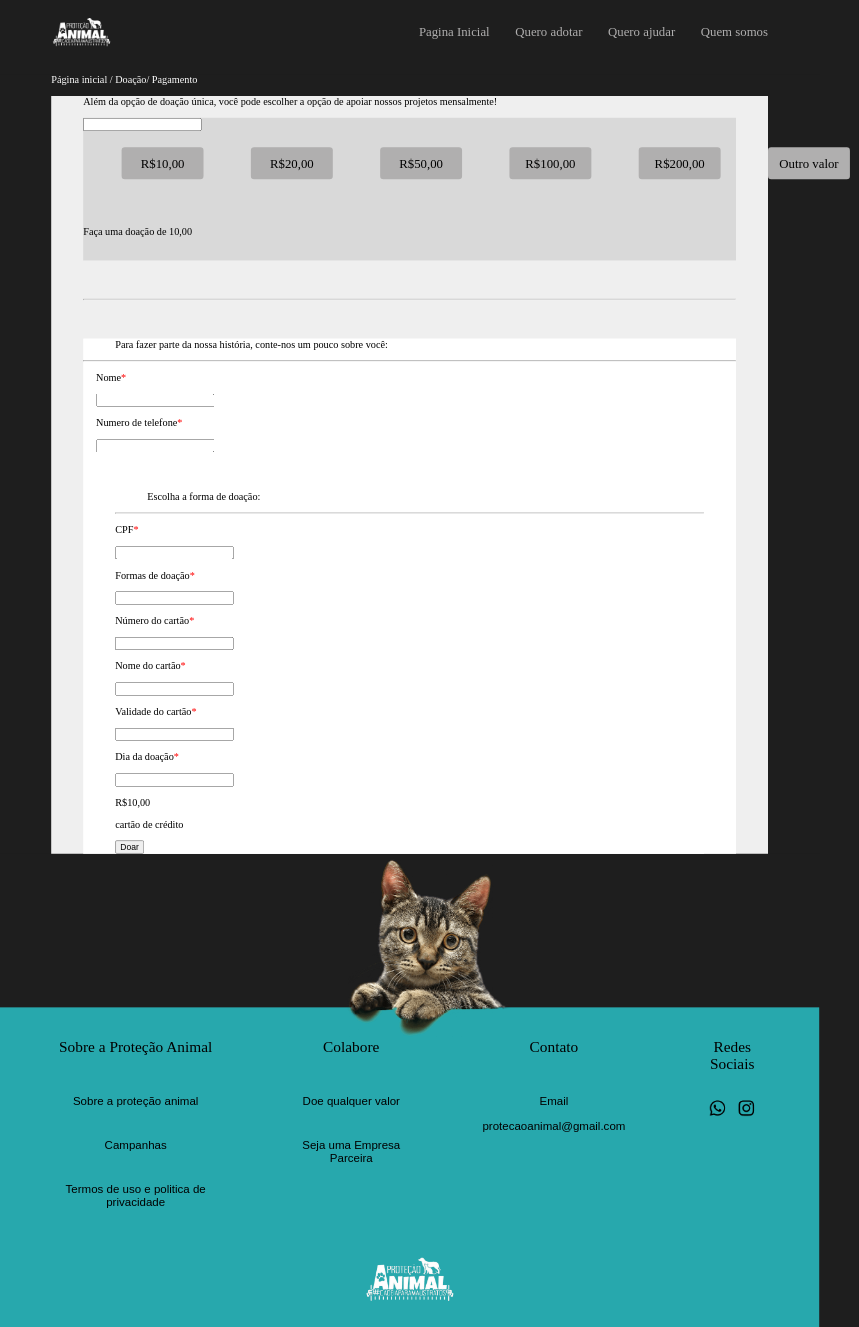
Repository: edjunior-nascimento/protecao-animal-web
Page: src/pages/formulario-doacao/index.html
The author's editor kept a copy of each file at every save. The page is drawn from the files as they stood at one save, then again after the next save.
The browser window is 1280 px wide. The page is 1342 px wide, so the pictures cover 1342 px, including what lies to the right of the window. The pictures show the whole page, at 64% of full size.

Above is the page before, as saved 2025-03-07 03:34:56.

After the next save:
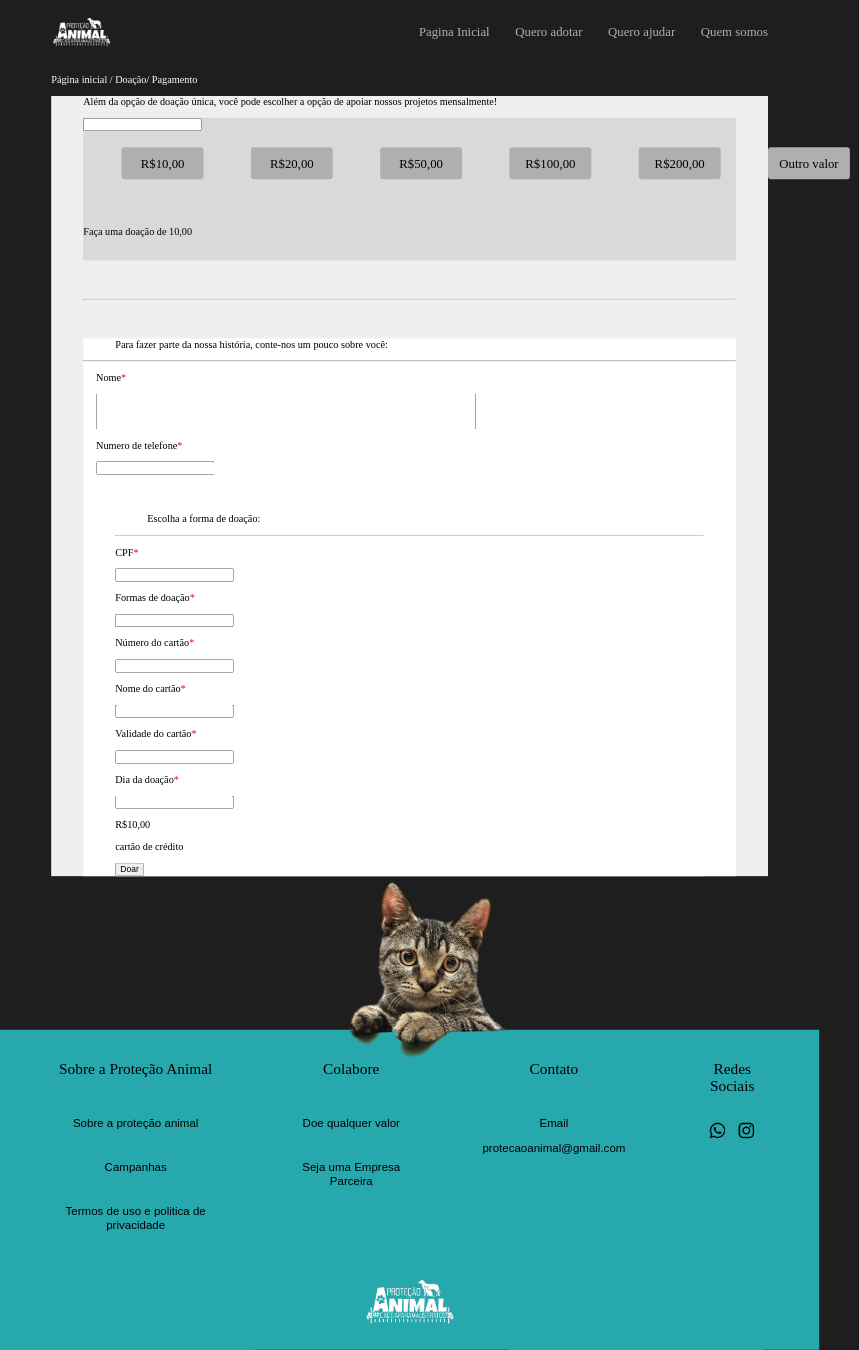
Saved 33 s later.
--- a/src/pages/formulario-doacao/index.html
+++ b/src/pages/formulario-doacao/index.html
@@ -88,7 +88,7 @@
                     <form action="/send" method="post" target="_blank">
                         <label>
                             <p>Nome<span class="ast">*</span></p>
-                            <input type="text" name="nome" id="nome*">
+                            <input type="text" name="nome" id="nome">
                         </label>
                         <label>
                             <p>Numero de telefone<span class="ast">*</span></p>

After the save that followed:
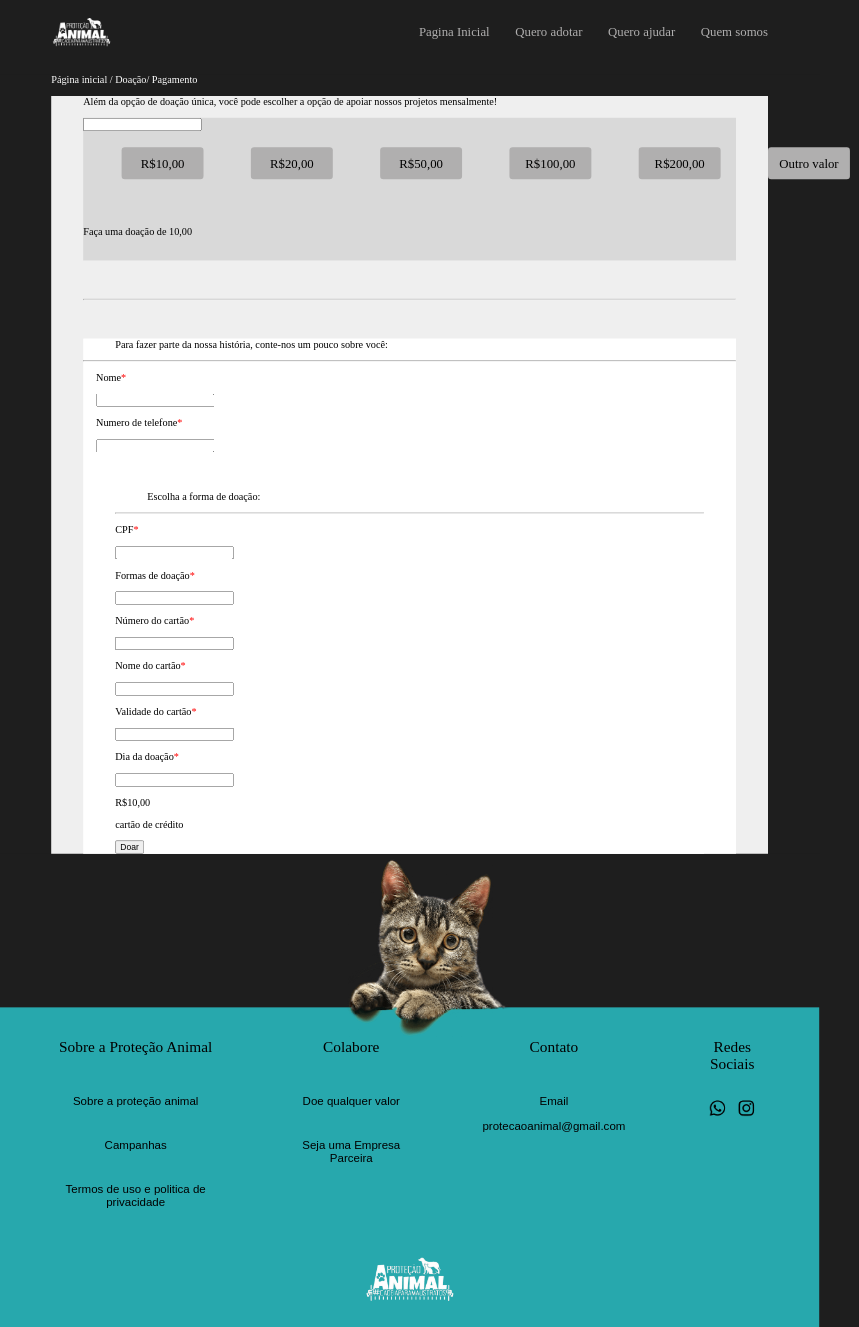
Saved 50 s later.
--- a/src/pages/formulario-doacao/index.html
+++ b/src/pages/formulario-doacao/index.html
@@ -88,7 +88,7 @@
                     <form action="/send" method="post" target="_blank">
                         <label>
                             <p>Nome<span class="ast">*</span></p>
-                            <input type="text" name="nome" id="nome">
+                            <input type="text" name="nome" id="nome class">
                         </label>
                         <label>
                             <p>Numero de telefone<span class="ast">*</span></p>
